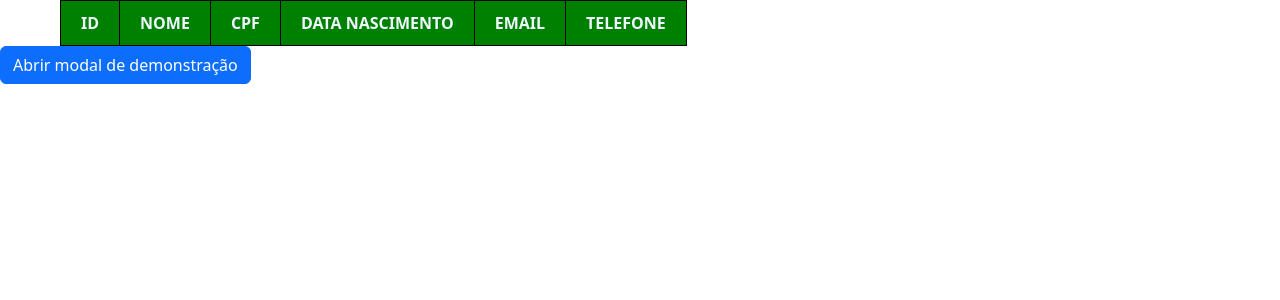
Repository: ujota/crud-cliente
Page: api-clientes/front/html/cliente.html
The author's editor kept a copy of each file at every save. The page is drawn from the files as they stood at one save, then again after the next save.
The browser window is 1280 px wide. The pictures show the whole page.
The page's requests for data from a server got no answer.

Above is the page before, as saved 2022-10-03 15:37:36.

### api-clientes/front/html/cliente.html
<!DOCTYPE html>
<html lang="en">
<head>
    <meta charset="UTF-8">
    <meta http-equiv="X-UA-Compatible" content="IE=edge">
    <meta name="viewport" content="width=device-width, initial-scale=1.0">
    <title>Cliente</title>
    <link href="https://cdn.jsdelivr.net/npm/bootstrap@5.2.1/dist/css/bootstrap.min.css" rel="stylesheet" integrity="sha384-iYQeCzEYFbKjA/T2uDLTpkwGzCiq6soy8tYaI1GyVh/UjpbCx/TYkiZhlZB6+fzT" crossorigin="anonymous">
    <link rel="stylesheet" href="../css/cliente.css">
</head>
<body>
    <form action="#">
        <div id="body"></div>
		<button type="button" class="btn btn-primary" data-toggle="modal" data-target="#ExemploModalCentralizado">
		  Abrir modal de demonstração
		</button>

		<!-- Modal -->
		<div class="modal fade" id="ExemploModalCentralizado" tabindex="-1" role="dialog" aria-labelledby="TituloModalCentralizado" aria-hidden="true">
		  <div class="modal-dialog modal-dialog-centered" role="document">
		    <div class="modal-content">
		      <div class="modal-header">
		        <h5 class="modal-title" id="TituloModalCentralizado">Título do modal</h5>
		        <button type="button" class="close" data-dismiss="modal" aria-label="Fechar">
		          <span aria-hidden="true">&times;</span>
		        </button>
		      </div>
		      <div class="modal-body">
		        ...
		      </div>
		      <div class="modal-footer">
		        <button type="button" class="btn btn-secondary" data-dismiss="modal">Fechar</button>
		        <button type="button" class="btn btn-primary">Salvar mudanças</button>
		      </div>
		    </div>
		  </div>
		</div>
    </form>
</body>
    <script src="../scripts/cliente.js"></script>
    <script src="https://cdn.jsdelivr.net/npm/bootstrap@5.2.1/dist/js/bootstrap.bundle.min.js" integrity="sha384-u1OknCvxWvY5kfmNBILK2hRnQC3Pr17a+RTT6rIHI7NnikvbZlHgTPOOmMi466C8" crossorigin="anonymous"></script>
</html>

### api-clientes/front/css/cliente.css
table{
    margin-left: 60px;
    text-align: center;
    border-collapse: collapse;
    border-spacing: 0;
}
th{
    background-color: green;
    color: aliceblue;
}
th, td{
    text-transform: uppercase;
    border: 1px solid black;
    padding: 10px 20px;
}
td{
    background-color: azure;
}

### api-clientes/front/scripts/cliente.js
let table = document.createElement('table');


document.getElementById('body').appendChild(table);

let row_1 = document.createElement('tr');

let heading_1 = document.createElement('th');
heading_1.innerHTML = "ID";
let heading_2 = document.createElement('th');
heading_2.innerHTML = "Nome";
let heading_3 = document.createElement('th');
heading_3.innerHTML = "CPF";
let heading_4 = document.createElement('th');
heading_4.innerHTML = "Data Nascimento";
let heading_5 = document.createElement('th');
heading_5.innerHTML = "Email";
let heading_6 = document.createElement('th');
heading_6.innerHTML = "Telefone";

row_1.appendChild(heading_1);
row_1.appendChild(heading_2);
row_1.appendChild(heading_3);
row_1.appendChild(heading_4);
row_1.appendChild(heading_5);
row_1.appendChild(heading_6);
table.appendChild(row_1);

// let row_2 = document.createElement('tr');
// let row_2_data_1 = document.createElement('td');
// row_2_data_1.innerHTML = "1.";
// let row_2_data_2 = document.createElement('td');
// row_2_data_2.innerHTML = "João Pedro";
// let row_2_data_3 = document.createElement('td');
// row_2_data_3.innerHTML = "1997-01-31";
// let row_2_data_4 = document.createElement('td');
// row_2_data_4.innerHTML = "43495488820";
// let row_2_data_5 = document.createElement('td');
// row_2_data_5.innerHTML = "joao.silveerio@gmail.com";
// let row_2_data_6 = document.createElement('td');
// row_2_data_6.innerHTML = "11972247142";

// row_2.appendChild(row_2_data_1);
// row_2.appendChild(row_2_data_2);
// row_2.appendChild(row_2_data_3);
// row_2.appendChild(row_2_data_4);
// row_2.appendChild(row_2_data_5);
// row_2.appendChild(row_2_data_6);
// table.appendChild(row_2);







var my_headers = new Headers();
my_headers.append("Content-type", "application/json");


var requestOptions = {
	method: 'GET',
	headers: my_headers,
	redirect : 'follow'

};



fetch("http://localhost:8080/cliente",
requestOptions).then(reponse =>
    reponse.json())
	.then(result => {
        result.forEach((item, index, array)=>{
			let row_2 = document.createElement('tr');
			let row_2_data_1 = document.createElement('td');
			row_2_data_1.innerHTML = item["id"];
			let row_2_data_2 = document.createElement('td');
			row_2_data_2.innerHTML = item["nome"];
			let row_2_data_3 = document.createElement('td');
			row_2_data_3.innerHTML = item["cpf"];
			let row_2_data_4 = document.createElement('td');
			row_2_data_4.innerHTML = item["dataNascimento"];
			let row_2_data_5 = document.createElement('td');
			row_2_data_5.innerHTML = item["email"];
			let row_2_data_6 = document.createElement('td');
			row_2_data_6.innerHTML = item["telefone"];




			row_2.appendChild(row_2_data_1);
			row_2.appendChild(row_2_data_2);
			row_2.appendChild(row_2_data_3);
			row_2.appendChild(row_2_data_4);
			row_2.appendChild(row_2_data_5);
			row_2.appendChild(row_2_data_6);
			table.appendChild(row_2);

          })
		})
		.catch(error => alert(error))

After the next save:
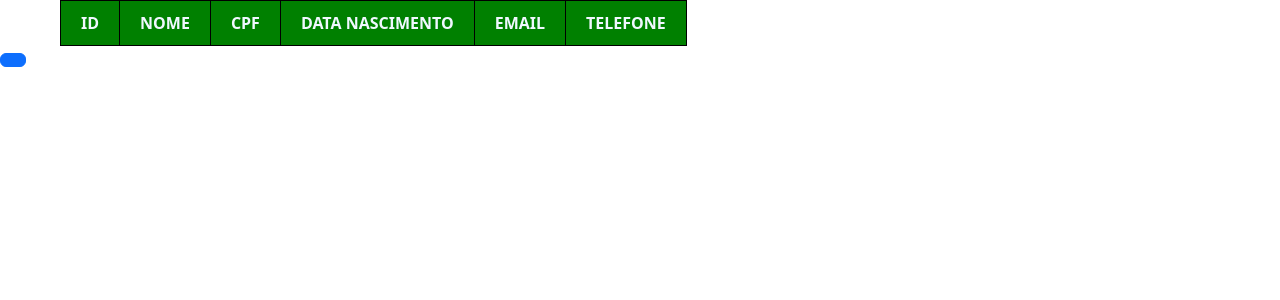
Saved 95 s later.
--- a/api-clientes/front/html/cliente.html
+++ b/api-clientes/front/html/cliente.html
@@ -12,7 +12,7 @@
     <form action="#">
         <div id="body"></div>
 		<button type="button" class="btn btn-primary" data-toggle="modal" data-target="#ExemploModalCentralizado">
-		  Abrir modal de demonstração
+
 		</button>
 
 		<!-- Modal -->
